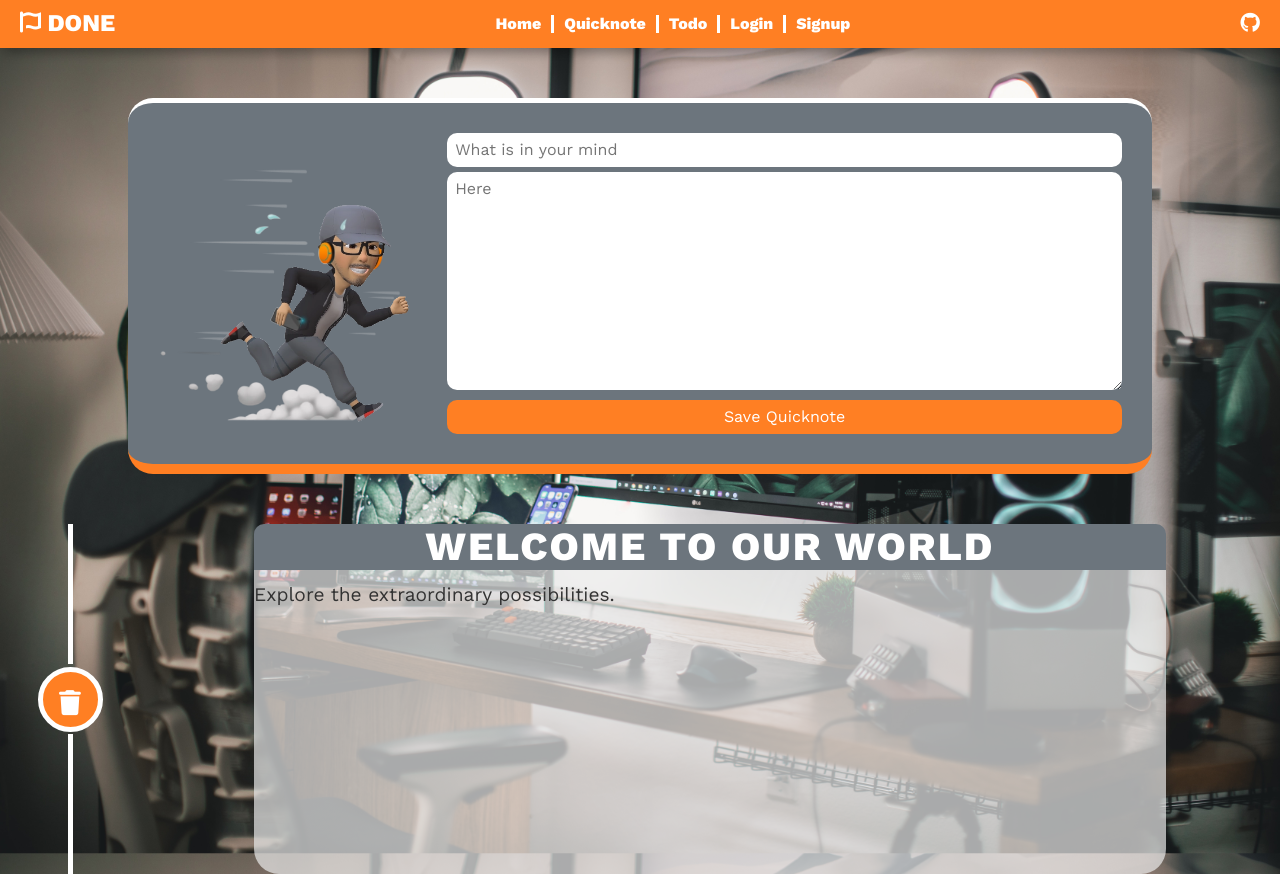
Repository: OmarEssameldinMousa/DONE
Page: quicknote.html
An editor plug-in stored every save of this project. The page is shown before and after the next save, followed by the edit.
The browser window is 1280 px wide. The pictures show the whole page.
Backgrounds fixed to the window are drawn as part of the page. Some web fonts or font styles are not loaded; a fallback is used.

Above is the page before, as saved 2023-12-18 02:44:02.

After the next save:
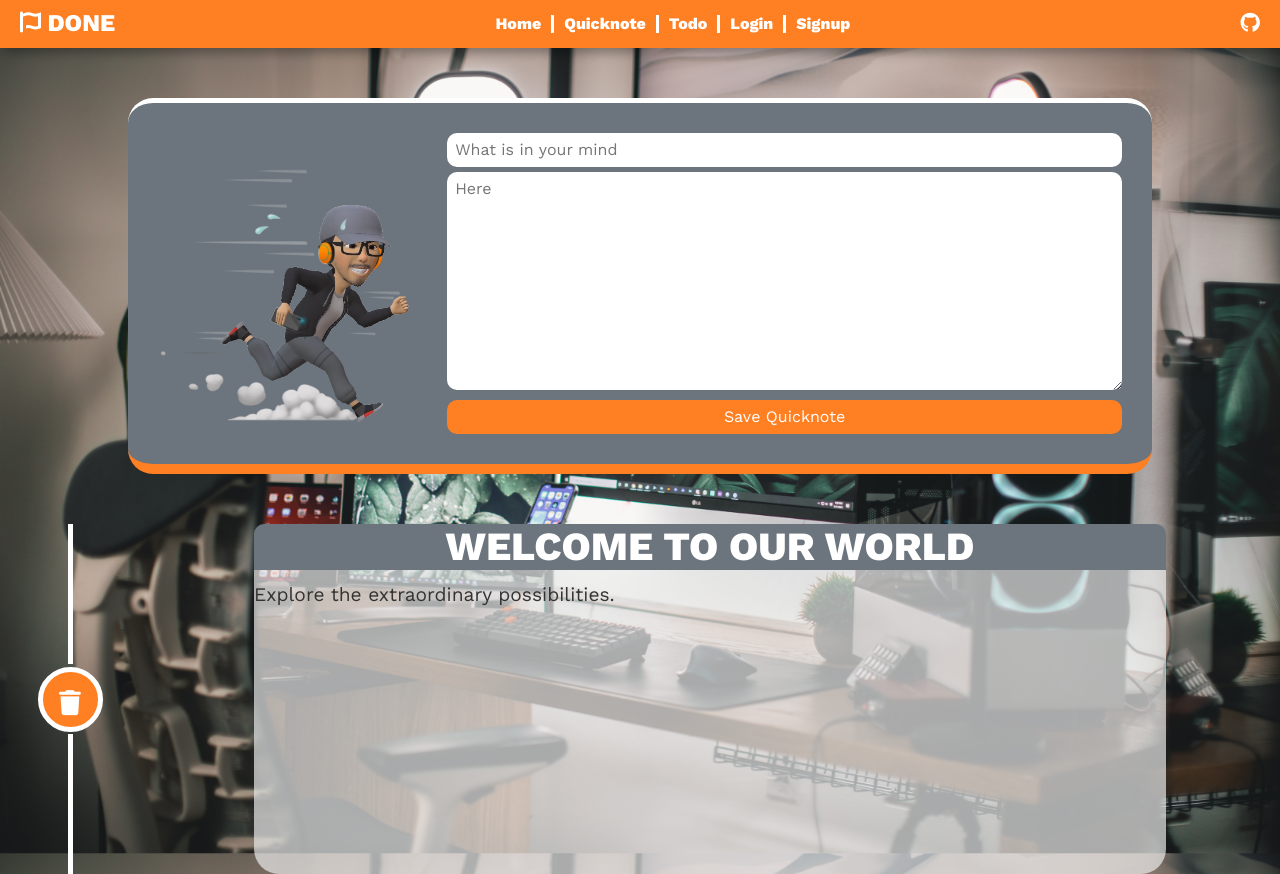
Saved 11 s later.
--- a/CSS/challenges.css
+++ b/CSS/challenges.css
@@ -222,7 +222,6 @@ img {
     border-top-right-radius: 10px;
     text-align: center;
     text-transform: uppercase;
-    letter-spacing: 2px;
 
 }
 
